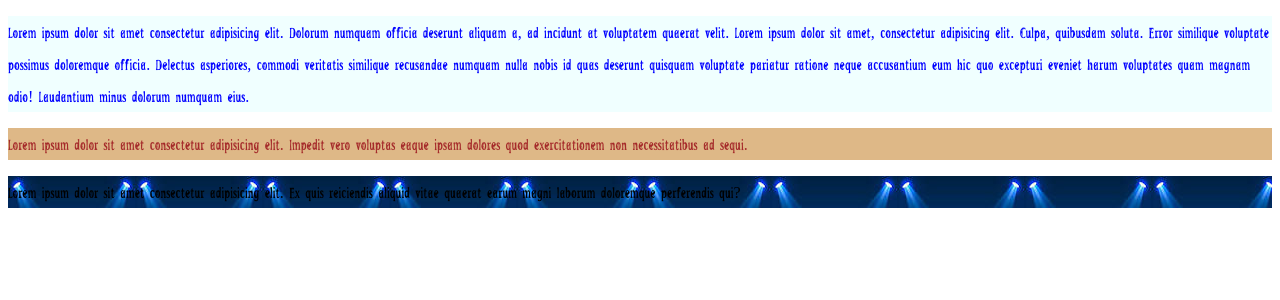
Repository: shazib2023/wtwdt-8
Page: index.html
These files come from the project's save history. The page is drawn as it stood at one moment and after a run of saves; the edit follows.
The browser window is 1280 px wide. The pictures show the whole page.

Above is the page before, as saved 2023-10-30 15:23:00.

After the next 2 saves:
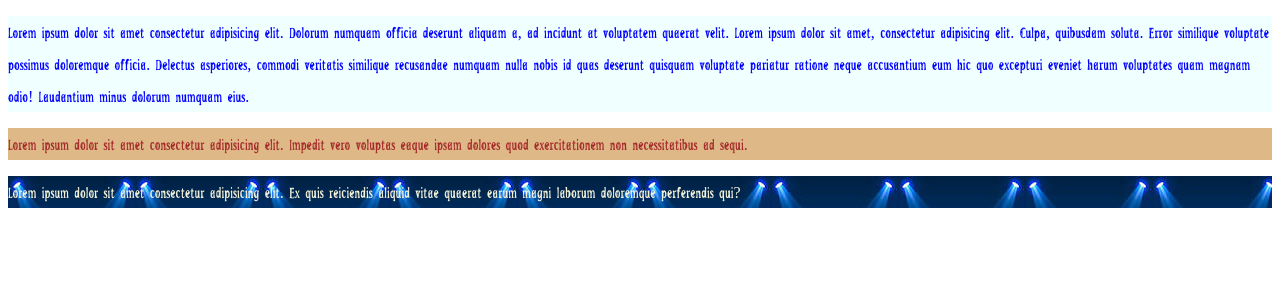
The 2 saves are shown as one change because they came seconds apart.
The last was saved 12 s later.
--- a/css/style.css
+++ b/css/style.css
@@ -14,5 +14,5 @@ p{
 
 .para2{
     background-image: url(/images/images.jpg) ;
-    color: black;
+    color: beige;
 }
